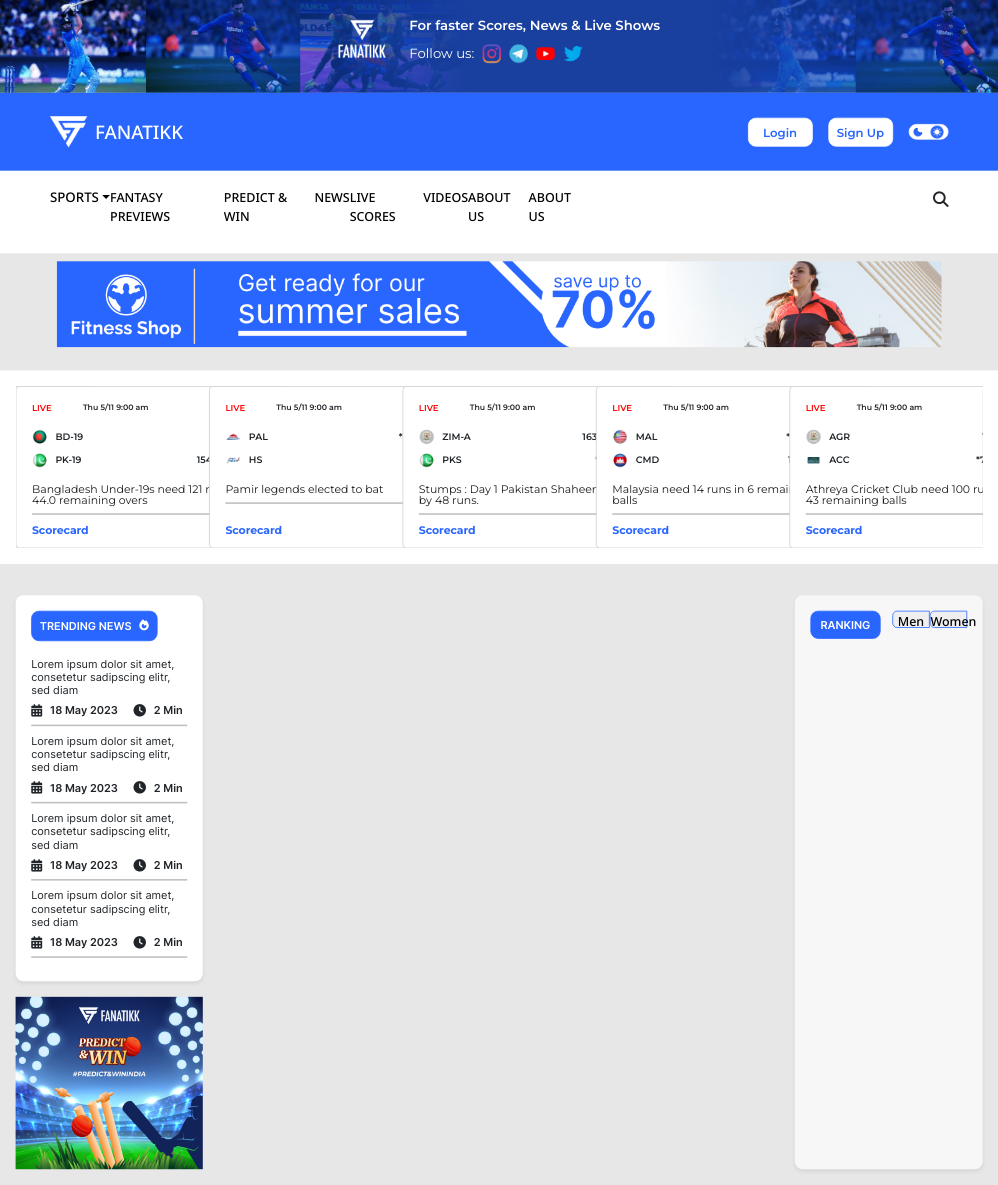
Repository: FlyweisReact/Kannapa
Page: /
The author's editor kept a copy of each file at every save. The page is drawn from the files as they stood at one save, then again after the next save.
The browser window is 1280 px wide. The pictures show the whole page, at 78% of full size.
Some web libraries are served in a nearby version. The project was rebuilt for these pictures with package versions that can differ from the ones it lists, and the page was loaded fresh each time. Also part of the build but not shown: src/Components/Layout/Footer.js, src/Components/Sliders/Index-video-Slider.js, src/Components/firstScreen.jsx, src/Components/secondScreen.jsx, src/Components/thirdScreen.jsx, src/Components/fourthScreen.jsx, src/CSS/Footer.css.

Above is the page before, as saved 2023-06-03 16:01:45.

After the next save:
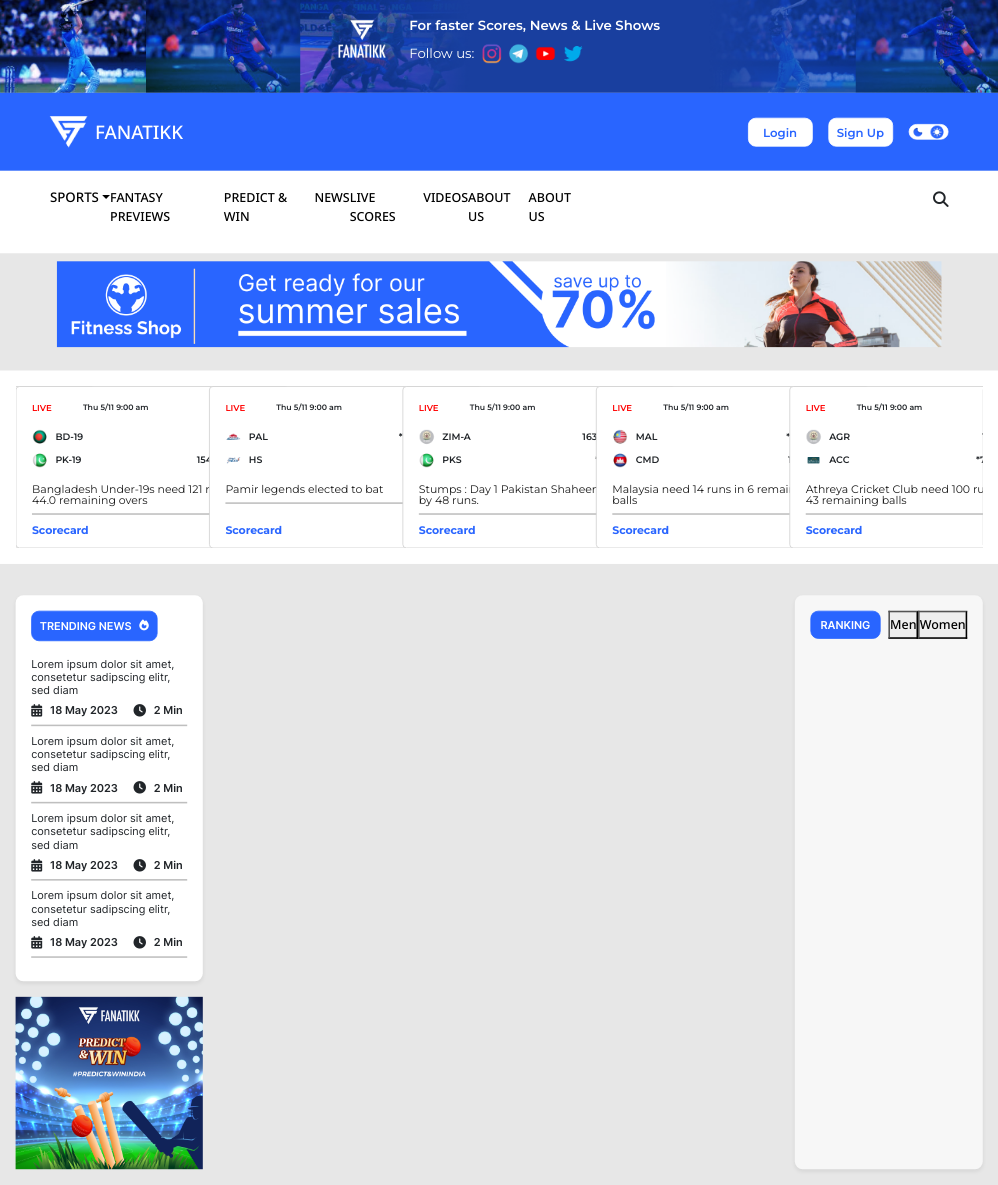
Saved 4 s later.
--- a/src/CSS/Component.css
+++ b/src/CSS/Component.css
@@ -398,7 +398,8 @@
 .Index_Three_Sec_Layout .Right_Comp .Main_Item .Three_Sec div{
   display: flex;
 }
-.Index_Three_Sec_Layout .Right_Comp .Main_Item .Three_Sec div button{
+.Index_Three_Sec_Layout .Right_Comp .Main_Item .Three_Sec div .                  <button className="First">Men</button>
+{
   width: 48.09px;
   height: 22.4px;
   border: 1px solid #2965FF;
